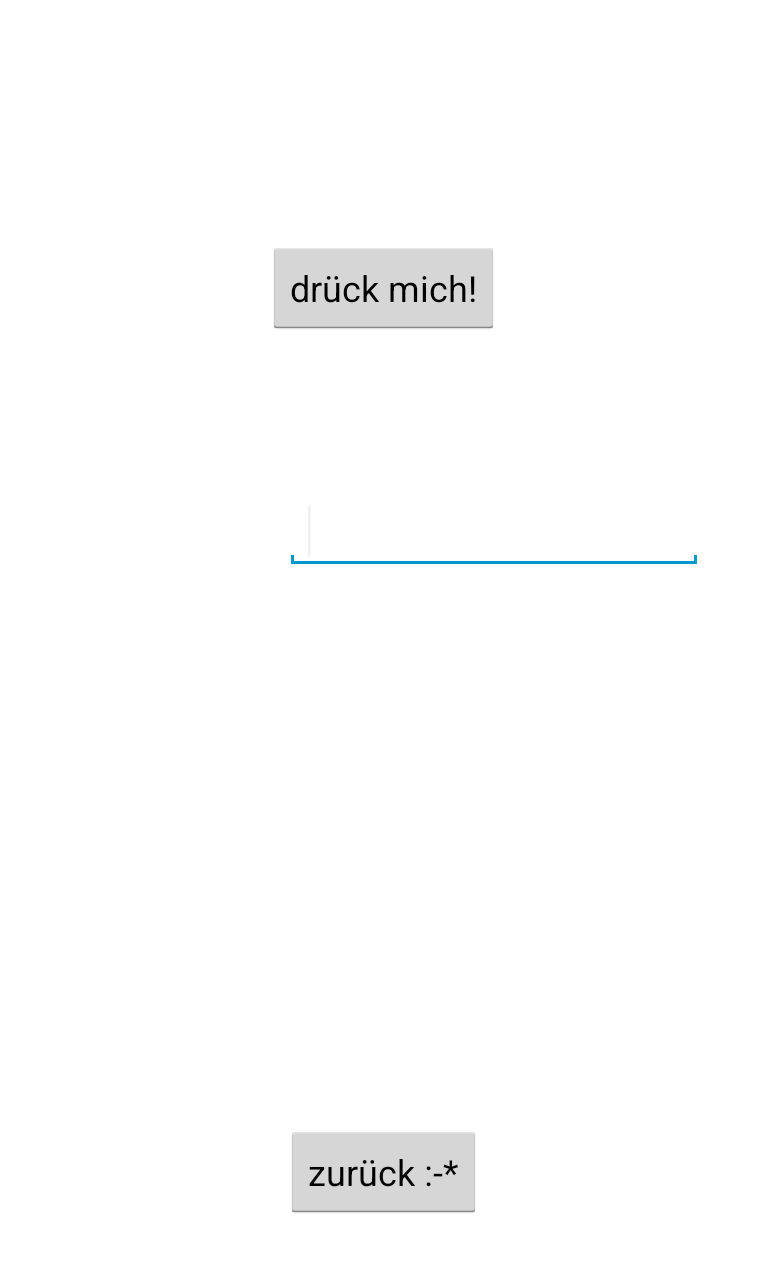
Repository: flashback2k12/ChristmasPresent
Layout: ChristmasPresent/res/layout/activity_first_coupon.xml
An editor plug-in stored every save of this project. The layout is shown before and after a run of saves, followed by the edit.
It is drawn on a 768 x 1280 px phone screen (xhdpi) without system bars, with theme AppTheme; the app's code is not run.

Above is the layout before, as saved 2012-12-18 18:47:16.

After the next 2 saves:
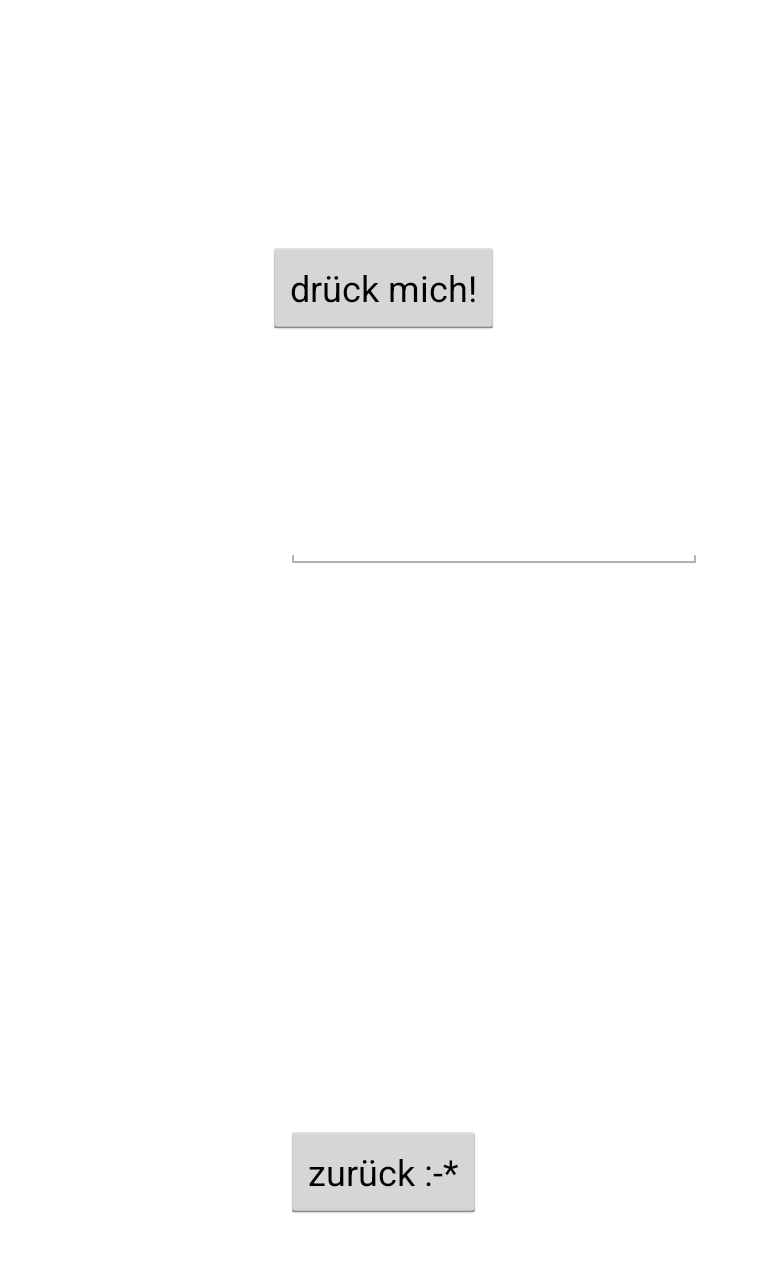
The 2 saves are shown as one change because 1 did not build or start.
The last was saved 94 s later.
--- a/ChristmasPresent/res/layout/activity_first_coupon.xml
+++ b/ChristmasPresent/res/layout/activity_first_coupon.xml
@@ -30,9 +30,8 @@
         android:layout_alignLeft="@+id/button1"
         android:layout_below="@+id/button1FC"
         android:layout_marginTop="78dp"
-        android:ems="10" android:inputType="text">
+        android:ems="10"
+        android:inputType="text"/>
 
-        <requestFocus />
-    </EditText>
 
 </RelativeLayout>
